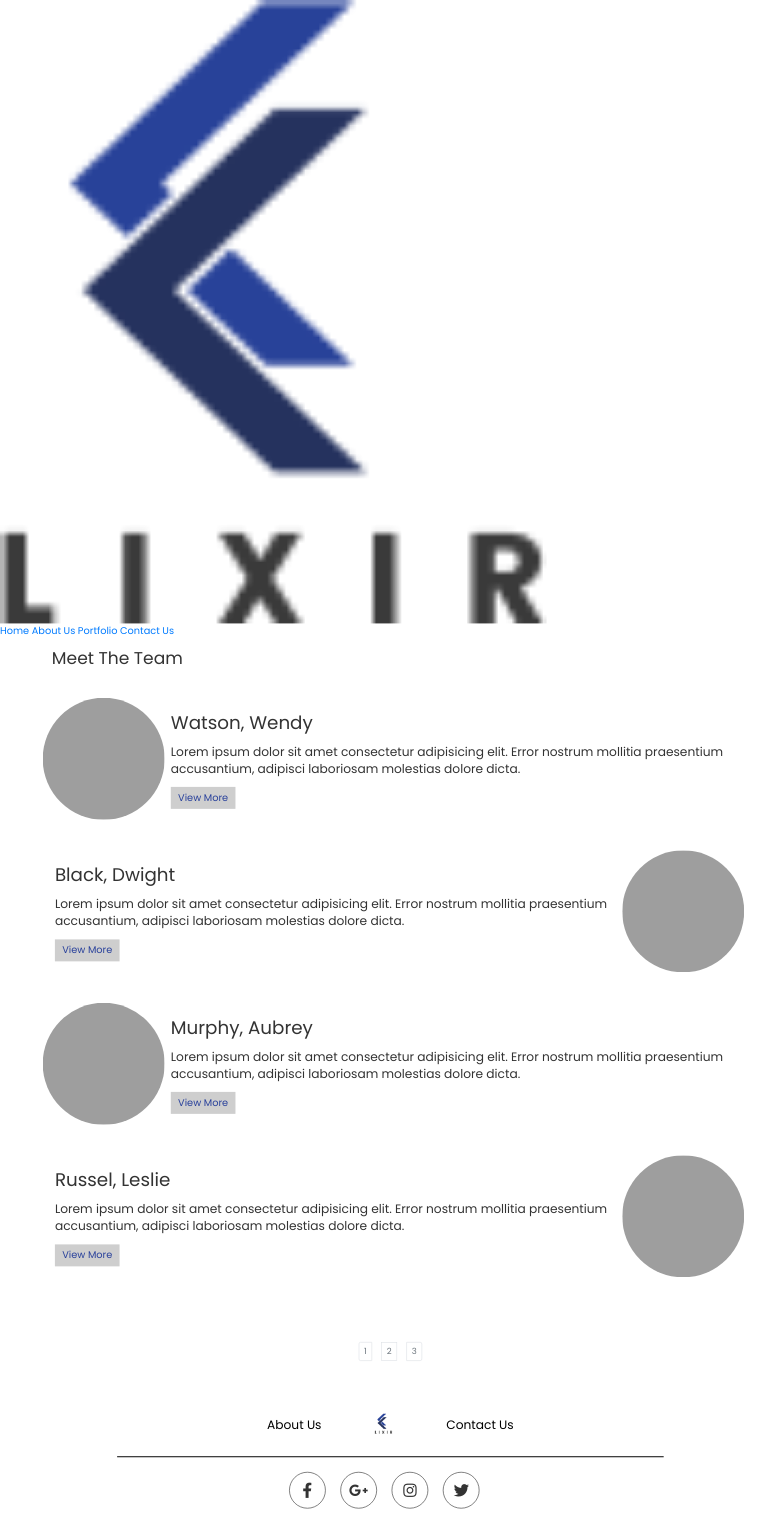
Repository: phiiileo/lit-page
Page: team-page.html
These files come from the project's save history. The page is drawn as it stood at one moment and after a run of saves; the edit follows.
The browser window is 1280 px wide. The pictures show the whole page, at 61% of full size.
Pictures or frames that could not be fetched are drawn as grey boxes. Some web libraries are served in a nearby version.

Above is the page before, as saved 2019-12-04 22:28:01.

After the next 4 saves:
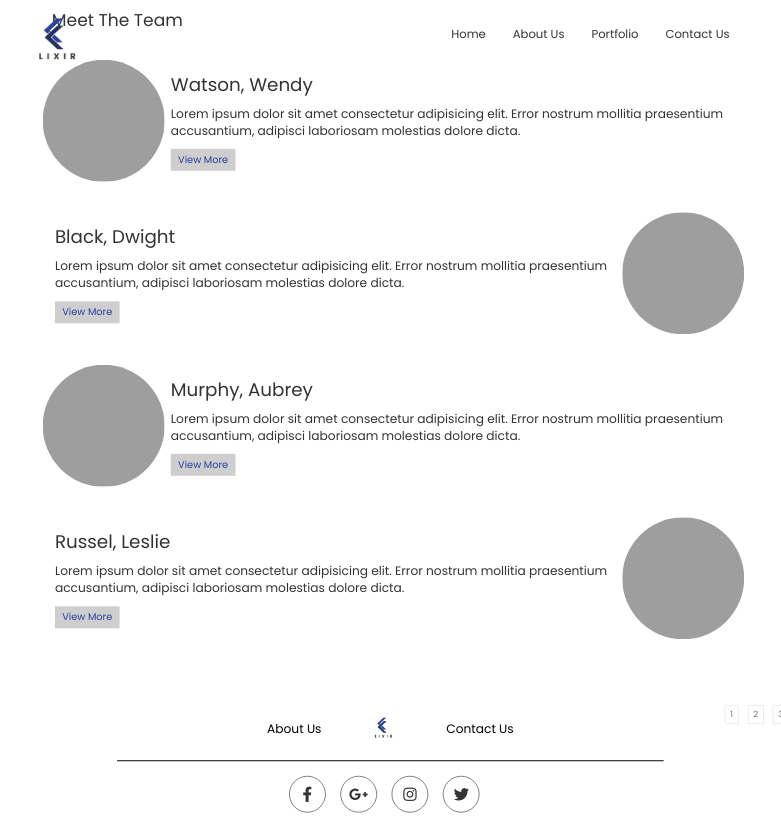
The 4 saves are shown as one change because they came seconds apart.
The last was saved 64 s later.
--- a/team-page.html
+++ b/team-page.html
@@ -10,6 +10,7 @@
     <link href="https://fonts.googleapis.com/css?family=Poppins&display=swap" rel="stylesheet" />
     <link rel="stylesheet" type="text/css"
         href="https://cdnjs.cloudflare.com/ajax/libs/font-awesome/5.11.2/css/all.min.css" />
+        <link rel="stylesheet" href="./css/header.css" />
     <link rel="stylesheet" href="css/site_footer.css" />
     <link rel="stylesheet" href="./css/team-page.css">
 </head>
